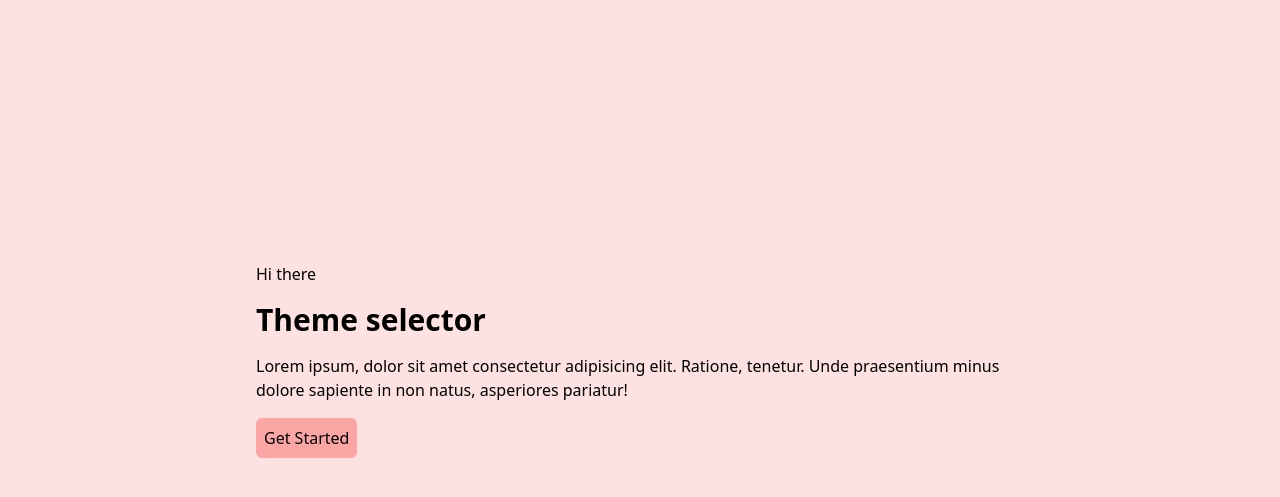
Repository: prince-bansal/tailwind-theme-switcher
Page: /
These files come from the project's save history. The page is drawn as it stood at one moment and after the next save; the edit follows.
The browser window is 1280 px wide. The pictures show the whole page.
The project was rebuilt for these pictures with package versions that can differ from the ones it lists, and the page was loaded fresh each time. Also part of the build but not shown: vite.config.ts, src/App.css.

Above is the page before, as saved 2024-03-17 19:09:03.

### src/App.tsx
import './App.css'

function App() {

  return (
    <div className="bg-red-100 min-h-screen flex items-center justify-center">
      <div className='w-[60%] m-auto'>
        <p>Hi there</p>
        <h1 className="text-3xl my-4 font-bold">Theme selector</h1>
        <p>
          Lorem ipsum, dolor sit amet consectetur adipisicing elit. Ratione,
          tenetur. Unde praesentium minus dolore sapiente in non natus,
          asperiores pariatur!
        </p>
        <button className="mt-4 bg-red-300 p-2 rounded-md">Get Started</button>
      </div>{" "}
    </div>
  );
}

export default App

Loaded but not shown: index.html (common file); src/main.tsx (common file); src/index.css (common file); tailwind.config.js (common file)

After the next save:
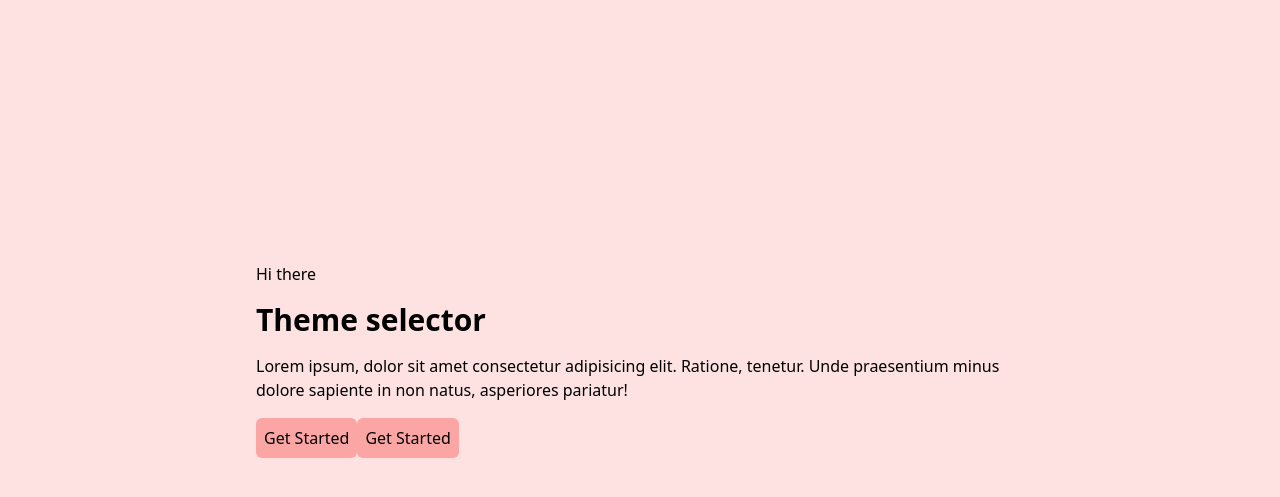
Saved 6 s later.
--- a/src/App.tsx
+++ b/src/App.tsx
@@ -13,6 +13,8 @@ function App() {
           asperiores pariatur!
         </p>
         <button className="mt-4 bg-red-300 p-2 rounded-md">Get Started</button>
+        <button className="mt-4 bg-red-300 p-2 rounded-md">Get Started</button>
+
       </div>{" "}
     </div>
   );
